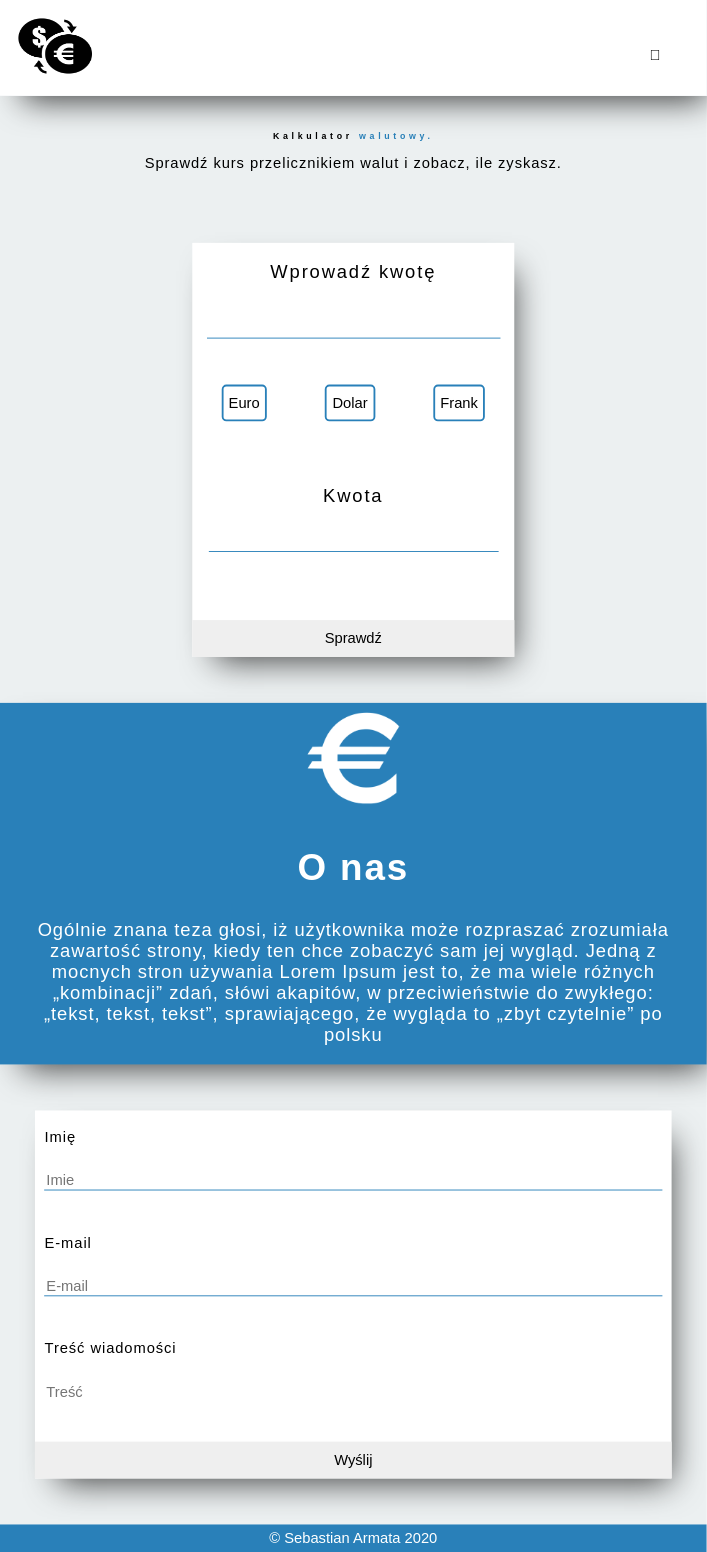
Repository: SebastianArmata22/Kalkulator-walut
Page: index.html
An editor plug-in stored every save of this project. The page is shown before and after the next save, followed by the edit.
The browser window is 768 px wide. The pictures show the whole page, at 92% of full size.
Some web libraries are served in a nearby version.

Above is the page before, as saved 2020-11-03 17:22:30.

After the next save:
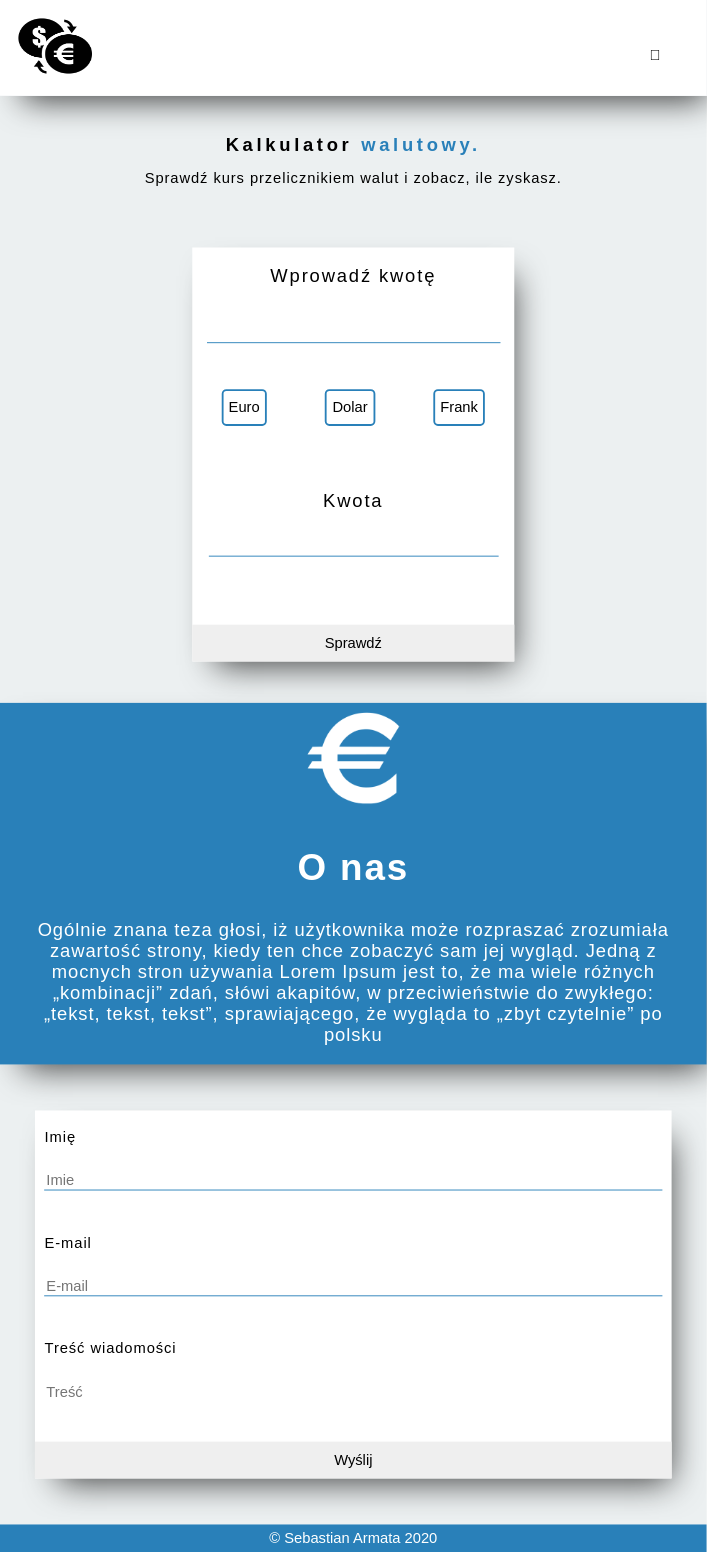
Saved 9 days later.
--- a/style.css
+++ b/style.css
@@ -267,7 +267,7 @@ max-width: 300px;
 
 }
 .text h1{
-   font-size: 60%;
+   font-size: 20px
 }
 .text p{
     font-size: 16px;
@@ -314,5 +314,4 @@ max-width: 300px;
 
 .responsive {
     display:  block !important;
-
-}
+}
